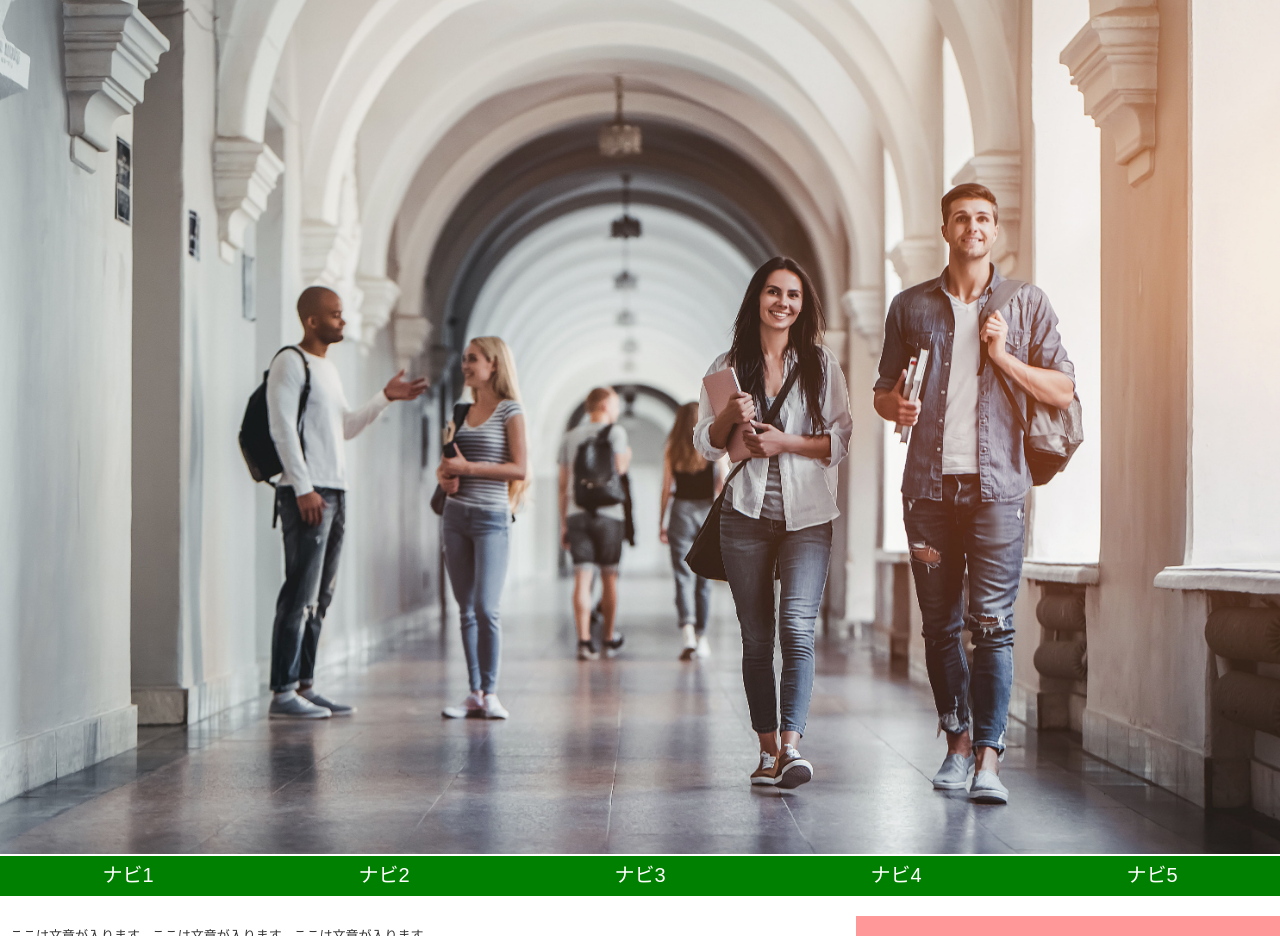
Repository: shirahamahiroki/samurai_HTML-CSS
Page: images/home.html
The author's editor kept a record of every edit. The page is drawn from the files as they stood at one moment, then again after the next edit.
The browser window is 1280 px wide. The pictures show the part of the page from y = 0 to 936 px (the page is 1589 px tall).
The pointer rests on the first visible `#nav ul li a`.
Pictures or frames that could not be fetched are drawn as grey boxes.

Above is the page before.

After the next edit:
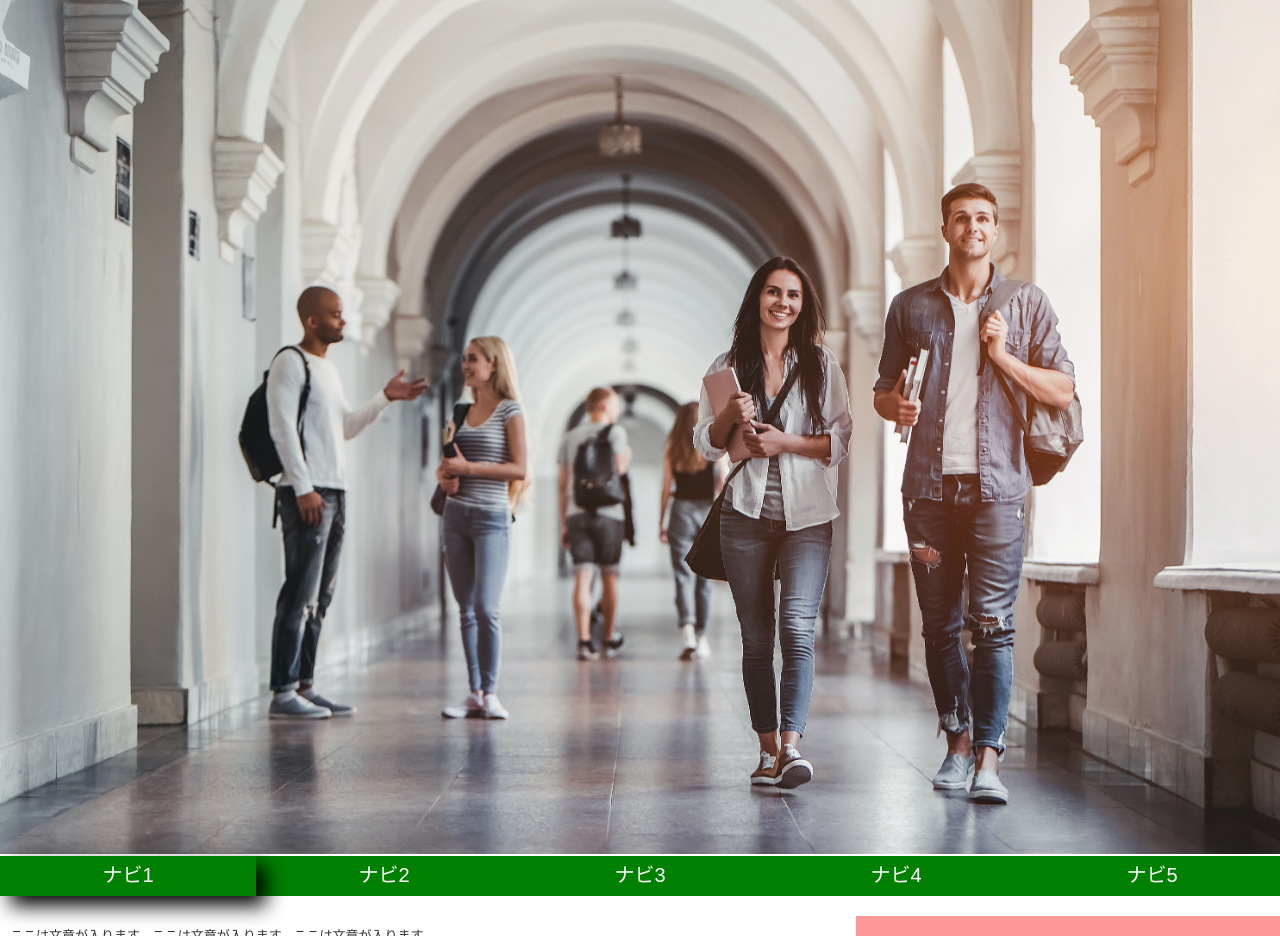
The edit:
--- a/images/stylesheet.css
+++ b/images/stylesheet.css
@@ -68,6 +68,10 @@
 	 font-size: 20px;
 	 text-decoration: none;
 	 background-color: green;
+ }
+
+ #nav ul li a:hover {
+	 filter: drop-shadow(10px 10px 10px black);
  }
 
  /* -------------------- container -------------------- */
